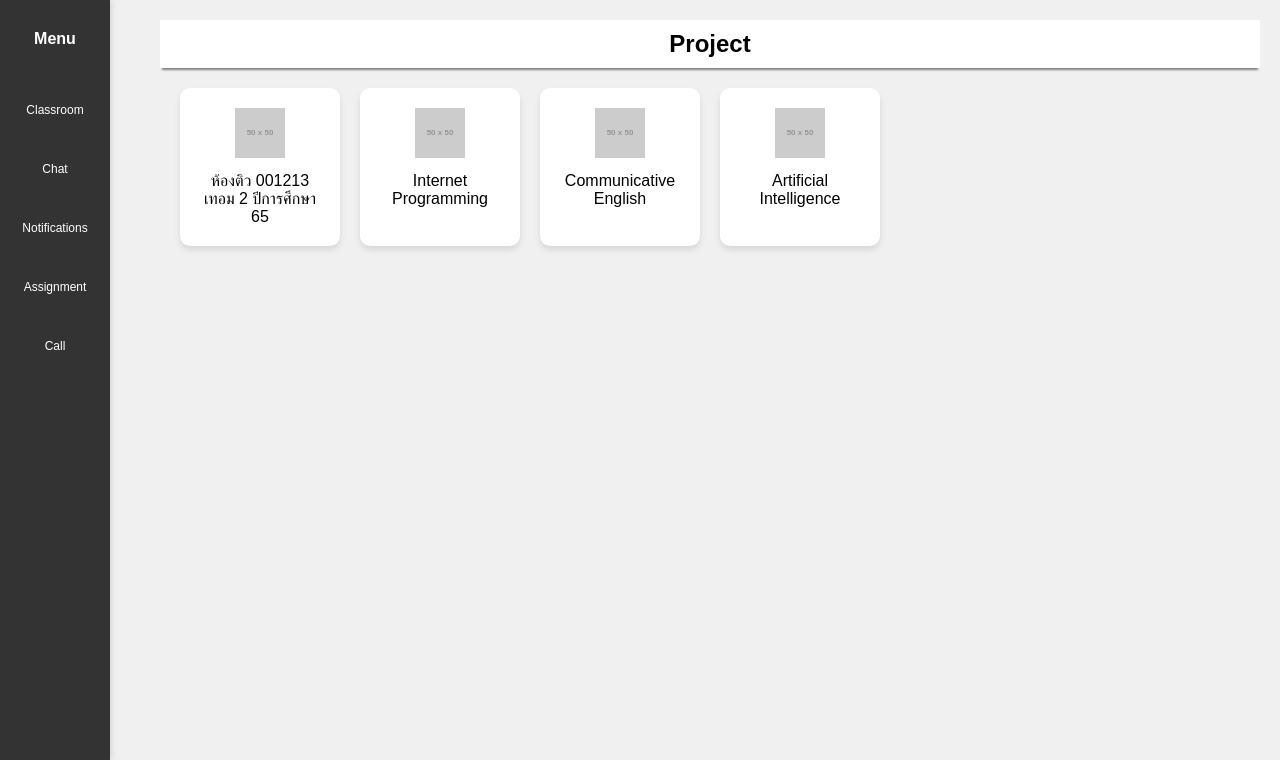
Repository: praifas16/ProPro
Page: docs/studenthead.html
An editor plug-in stored every save of this project. The page is shown before and after the next save, followed by the edit.
The browser window is 1280 px wide. The pictures show the whole page.

Above is the page before, as saved 2024-08-21 20:16:53.

After the next save:
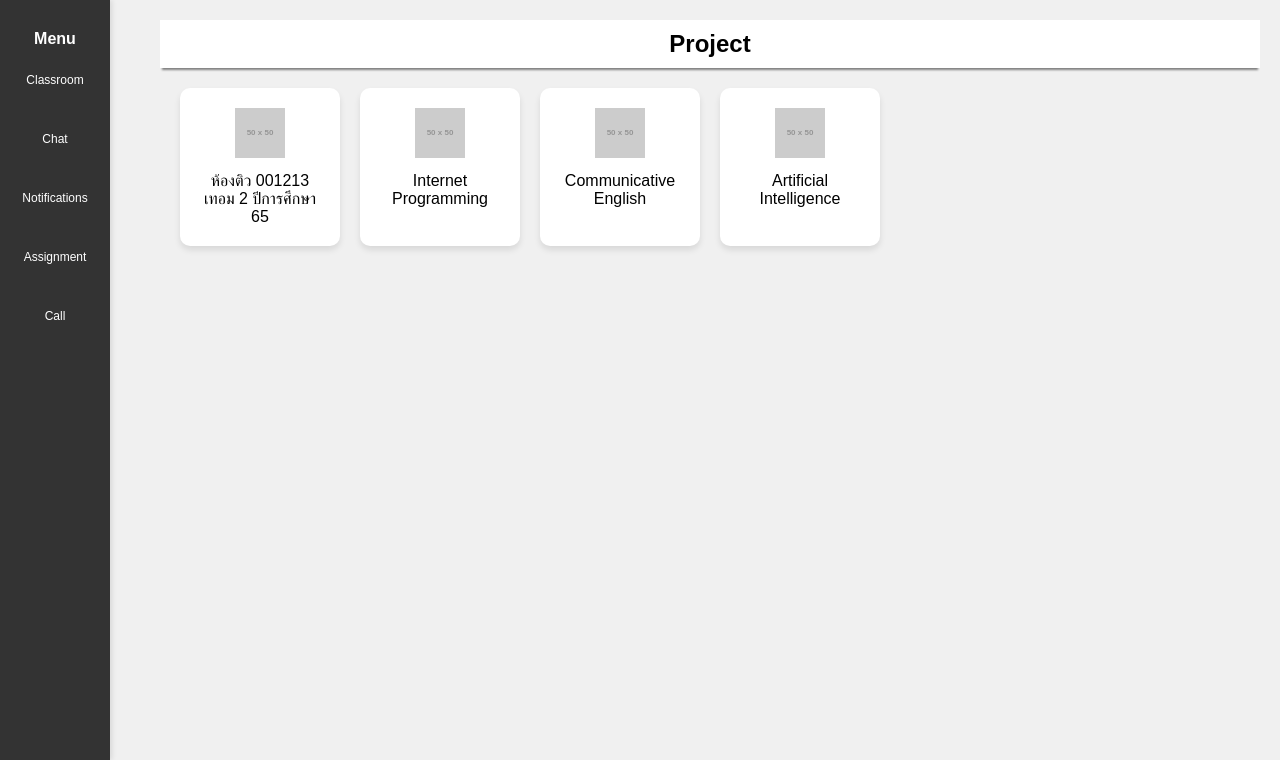
Saved 7 s later.
--- a/docs/studenthead.html
+++ b/docs/studenthead.html
@@ -28,7 +28,7 @@
 
         .menu-header {
             margin-top: 10px; /* ขยับคำว่า Menu ลง */
-            margin-bottom: 40px; /* เว้นระยะห่างจากเมนูด้านล่าง */
+            margin-bottom: 10px; /* เว้นระยะห่างจากเมนูด้านล่าง */
             font-size: 16px;
             font-weight: bold;
         }
